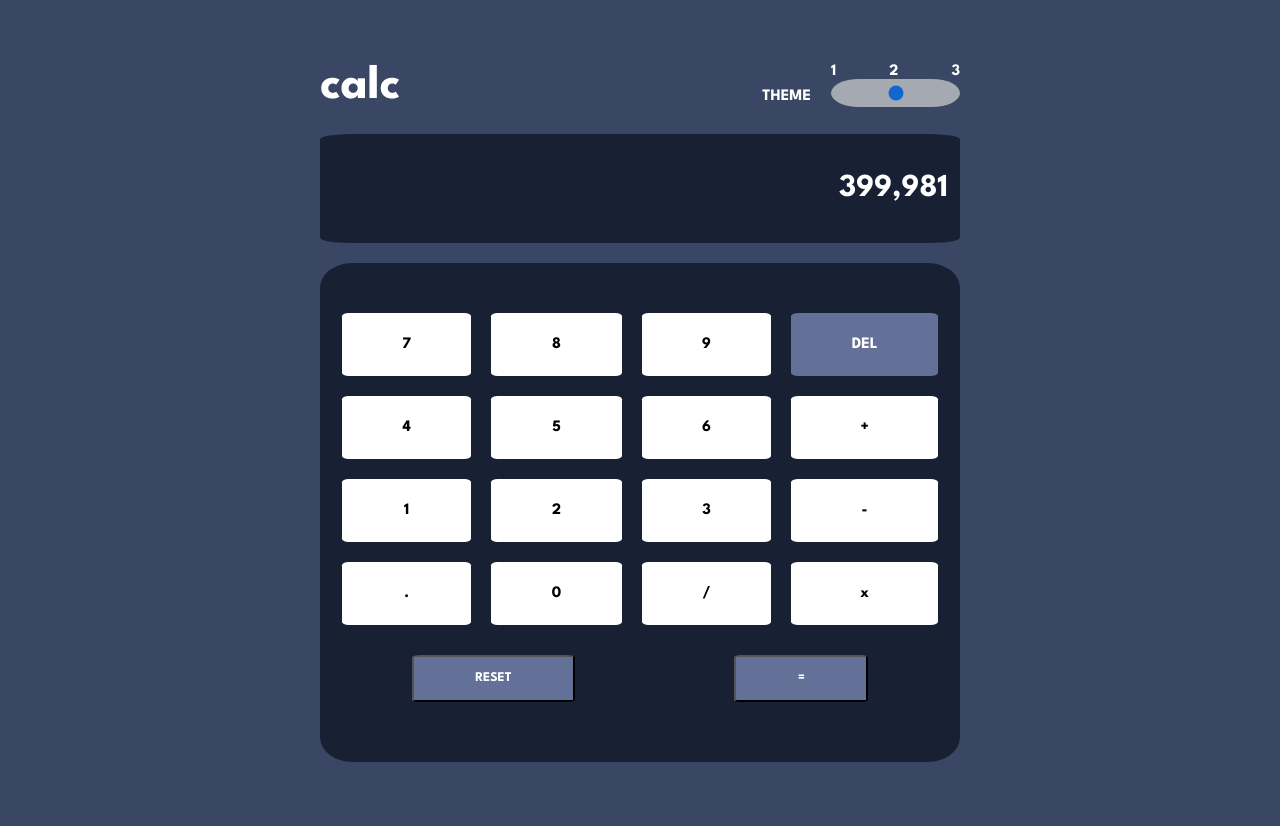
Repository: DevLaukey/calc-with-css-js
Page: index.html
These files come from the project's save history. The page is drawn as it stood at one moment and after a run of saves; the edit follows.
The browser window is 1280 px wide. The pictures show the whole page.

Above is the page before, as saved 2022-05-18 14:47:42.

### index.html
<!DOCTYPE html>
<html lang="en">
  <head>
    <meta charset="UTF-8" />
    <meta http-equiv="X-UA-Compatible" content="IE=edge" />
    <meta name="viewport" content="width=device-width, initial-scale=1.0" />
    <title>Calculator</title>
    <link rel="stylesheet" href="./styles.css" />
    <link rel="preconnect" href="https://fonts.googleapis.com" />
    <link rel="preconnect" href="https://fonts.gstatic.com" crossorigin />
    <link
      href="https://fonts.googleapis.com/css2?family=League+Spartan:wght@700&display=swap"
      rel="stylesheet"
    />
  </head>
  <body>
    <div class="body">
      <header class="calculator__header">
        <div>
          <p class="calculator__name text">calc</p>
        </div>
        <div class="calculator__slider">
          <div class="text">
            <p class="calculator__theme text">THEME</p>
          </div>
          <div class="class-slider">
            <p class="calculator__smallText text">
              <span>1</span>
              <span>2</span>
              <span>3</span>
            </p>
            <div class="calculator__block">
              <input
                class="slider"
                type="range"
                min="1"
                max="3"
                name=""
                id=""
              />
            </div>
          </div>
        </div>
      </header>
      <div class="calculator__display">
        <p class="text calculator__solution">399,981</p>
      </div>
      <div class="calculator__input">
        <div class="calculator__row">
          <p class="calculator__button seven">7</p>
          <p class="calculator__button eight">8</p>
          <p class="calculator__button nine">9</p>
          <p
            class="calculator__button del back"
            style="background-color: hsl(225, 21%, 49%); color: white"
          >
            DEL
          </p>
          <p class="calculator__button four">4</p>
          <p class="calculator__button five">5</p>
          <p class="calculator__button six">6</p>
          <p class="calculator__button plus">+</p>
          <p class="calculator__button one">1</p>
          <p class="calculator__button two">2</p>
          <p class="calculator__button three">3</p>
          <p class="calculator__button minus">-</p>

          <p class="calculator__button dot">.</p>
          <p class="calculator__button minus">0</p>
          <p class="calculator__button slash">/</p>
          <p class="calculator__button multiply">x</p>
        </div>
        <div class="calculator__control">
          <button class="control reset text">RESET</button>
          <button class="control equals text">=</button>
        </div>
      </div>
    </div>
  </body>
</html>

### styles.css
* {
  margin: 0;
  padding: 0;
  box-sizing: border-box;
}

body {
  background-color: hsl(222, 26%, 31%);
}
.body {
  font-family: "League Spartan", sans-serif;
  /* width: 100%; */
  /* padding: 10%; */
  margin-bottom: 5%;
  margin-top: 5%;
  margin-left: 25%;
  margin-right: 25%;
}
.calculator__header {
  display: flex;
  width: 100%;
  justify-content: space-between;
  margin-bottom: 25px;
}
.calculator__block {
  display: flex;
}
.calculator__name {
  font-size: 3em;
  color: white;
}
.calculator__slider {
  display: flex;
}
.calculator__theme {
  margin-top: 25px;
  margin-right: 20px;
}
.calculator__smallText {
  display: flex;

  justify-content: space-between;
}
.text {
  color: white;
  font-family: "League Spartan", sans-serif;
}
.numbers {
  color: hsl(221, 14%, 31%);
}
.slider {
  -webkit-appearance: none;
  /* width: 100%; */
  /* height: 30px; */
  width: 100%;
  padding: 6px 0px;
  background: #d3d3d3;
border-radius: 50px/25px;
  /* padding-top: 0.5em; */
  /* outline: none; */
  opacity: 0.7;
  -webkit-transition: 0.2s;
  transition: opacity 0.2s;
}
.background-red {
  background-color: hsl(6, 63%, 50%);
}

.background-light-orange {
  background-color: hsl(30, 25%, 89%);
}

.slider:hover {
  opacity: 1;
}
.slider::-webkit-slider-thumb {
  /* -webkit-appearance: none; */
  /* appearance: none; */
  width: 25px;
  height: 25px;
  color: hsl(6, 63%, 50%);
  background: hsl(6, 63%, 50%);
  cursor: pointer;
}

.slider::-moz-range-thumb {
  width: 25px;
  height: 25px;
  background-color: hsl(6, 63%, 50%);
  cursor: pointer;
}

.calculator__display {
  background-color: hsl(224, 36%, 15%);
  display: flex;
  flex-direction: row-reverse;
  border-radius: 5%;
  padding: 2.5em 0.75rem 2.5em 0.75em;
  margin-bottom: 20px;
}
.calculator__solution {
  font-size: 2em;
}
.calculator__input {
  background-color: hsl(224, 36%, 15%);
  border-radius: 5%;
  text-align: center;
  padding: 2.5em 0.75rem 2.5em 0.75em;
  display: flex;
  flex-direction: column;
}
.calculator__row {
  display: grid;
  gap: 20px;
  grid-template-columns: auto auto auto auto;
  padding: 10px;
  margin-bottom: 20px;
}
.calculator__button {
  background-color: white;
  padding-top: 1.5em;
  padding-bottom: 1.5em;
  padding-left: -0.2em;
  padding-right: -0.2em;
  border-radius: 5%;
  box-shadow: hsl(224, 28%, 35%);
}
.calculator__control {
  display: flex;
  justify-content: space-around;
  margin-bottom: 20px;
}
.control {
  padding: 2.5% 10% 2.5% 10%;
  border-radius: 5%;
}
.reset {
  background-color: hsl(225, 21%, 49%);
}
.equals {
  background-color: hsl(225, 21%, 49%);
}

After the next 2 saves:
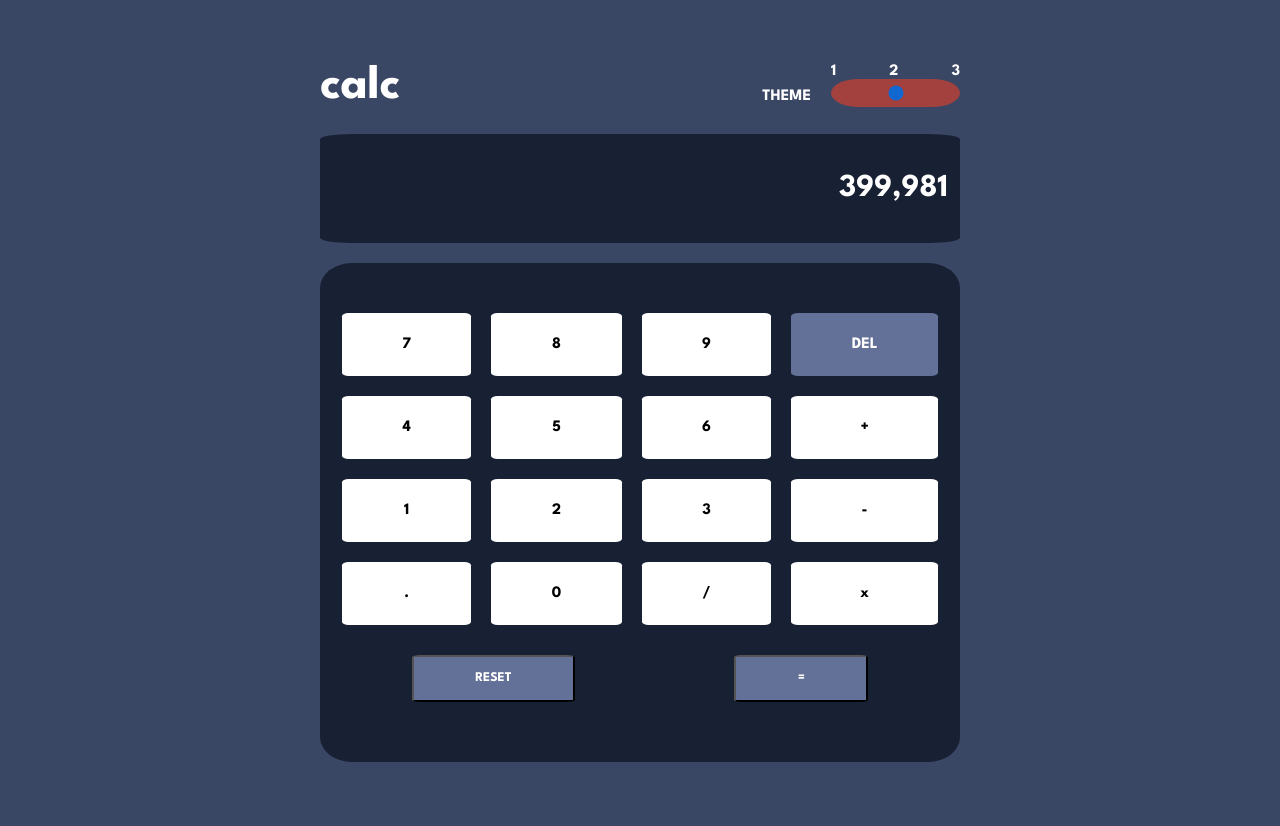
The 2 saves are shown as one change because they came seconds apart.
The last was saved 16 s later.
--- a/styles.css
+++ b/styles.css
@@ -54,7 +54,7 @@ body {
   /* height: 30px; */
   width: 100%;
   padding: 6px 0px;
-  background: #d3d3d3;
+  background: hsl(6, 63%, 50%);
 border-radius: 50px/25px;
   /* padding-top: 0.5em; */
   /* outline: none; */
